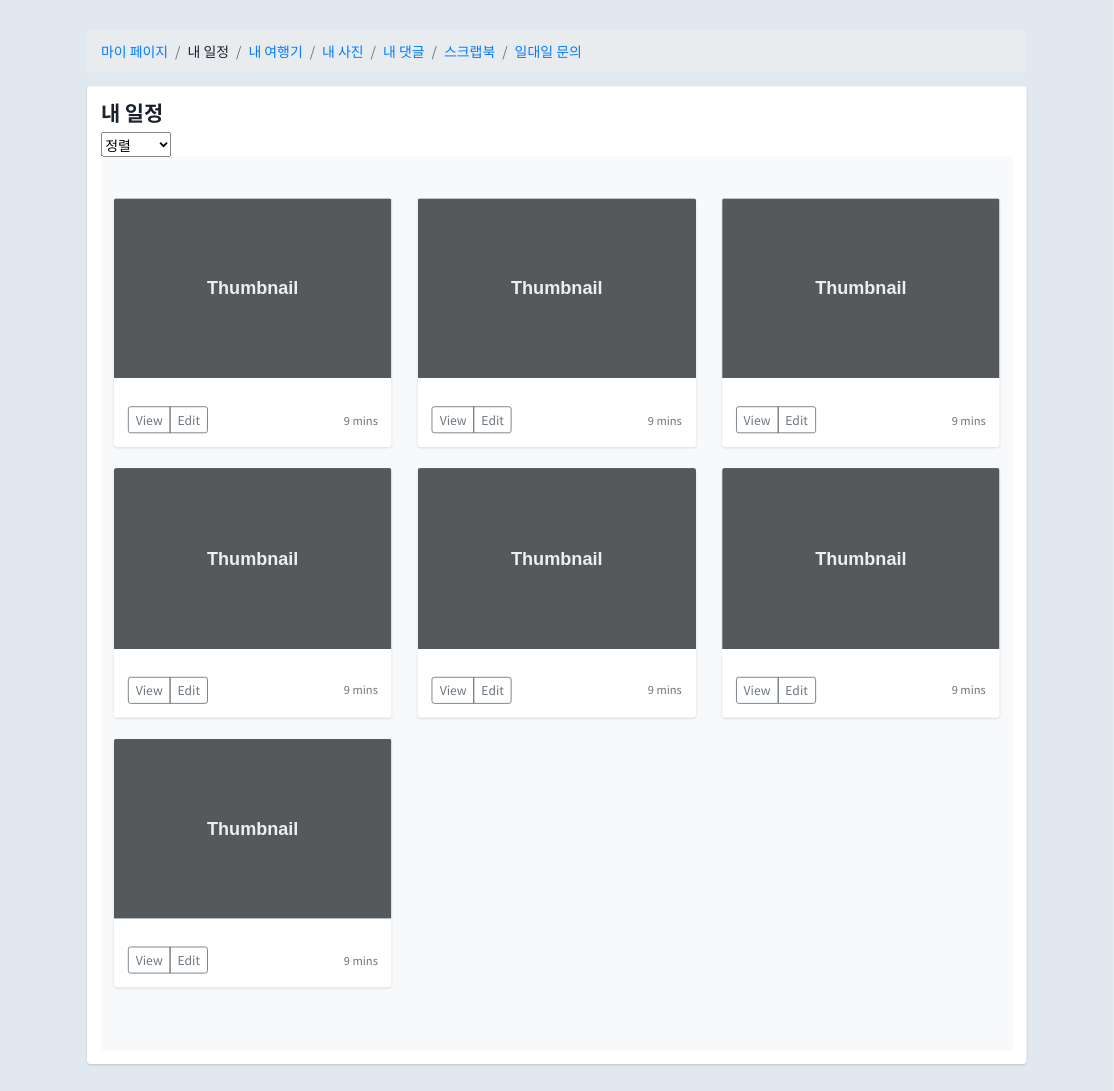
Repository: jangseohyun/LEGGO_2021
Page: http://localhost/PrjApp/MyTrip.jsp
An editor plug-in stored every save of this project. The page is shown before and after the next save, followed by the edit.
The browser window is 1280 px wide. The pictures show the whole page, at 87% of full size.
Some web libraries are served in a nearby version. The page is served by Tomcat 9.

Above is the page before, as saved 2021-06-30 13:18:03.

After the next save:
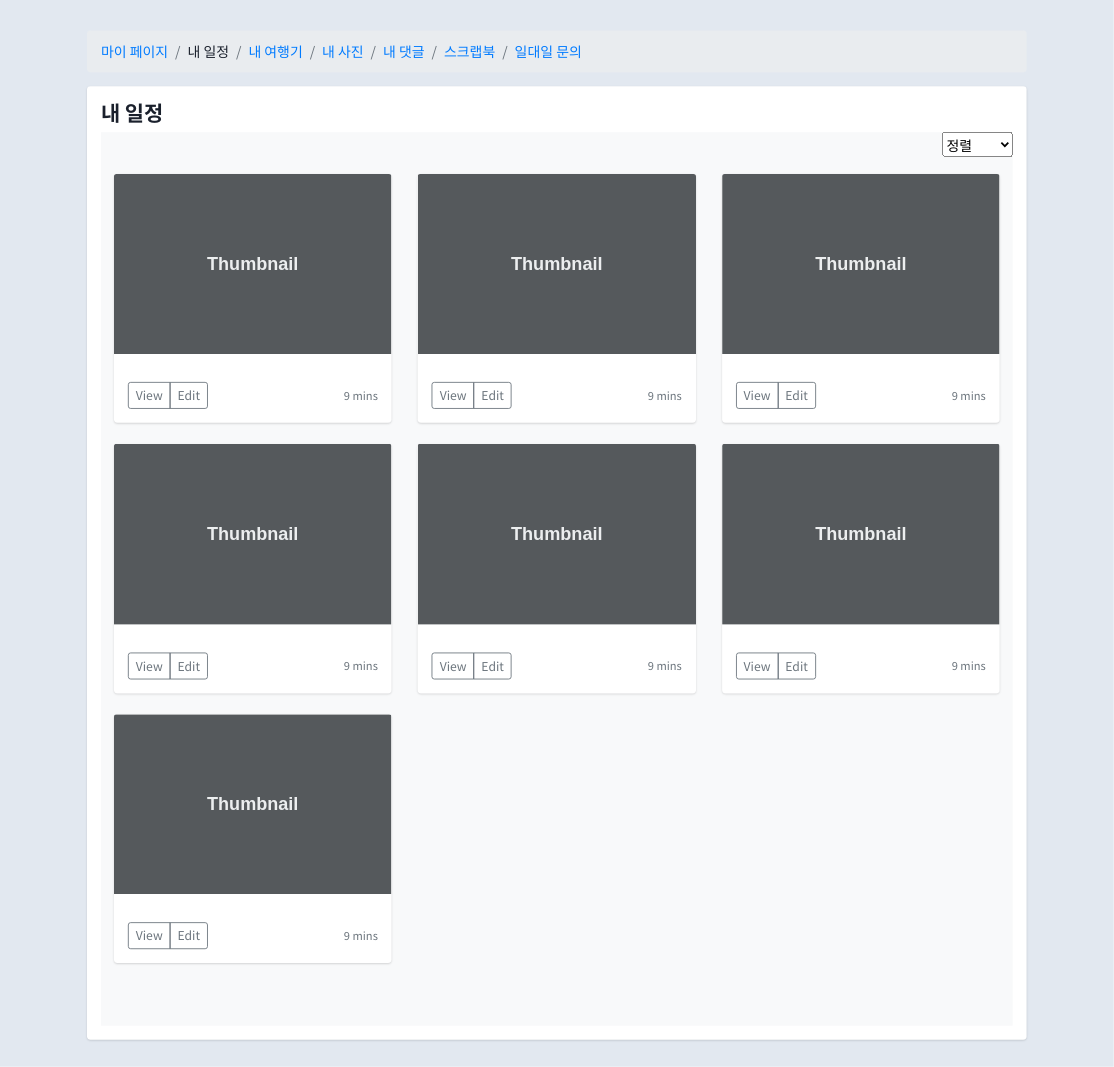
Saved 48 s later.
--- a/PrjApp/WebContent/MyTrip.jsp
+++ b/PrjApp/WebContent/MyTrip.jsp
@@ -71,7 +71,7 @@ $(document).ready(function(){
 				<div class="card-body">
 					<h4 style="font-weight: bold;">내 일정</h4>
 
-						<select>
+						<select style="float: right;">
 							<option>정렬</option>
 							<option>최신순</option>
 							<option>스크랩순</option>
